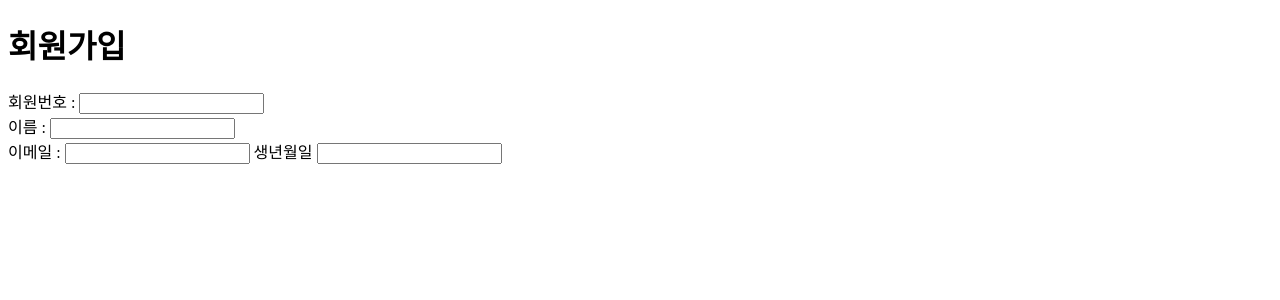
Repository: whdghks9241/Servlet-JSP-Workspace
Page: http://localhost/join/register.jsp
The author's editor kept a copy of each file at every save. The page is drawn from the files as they stood at one save, then again after the next save.
The browser window is 1280 px wide. The pictures show the whole page.
The page is served by Tomcat 9.

Above is the page before, as saved 2023-11-07 01:41:34.

After the next save:
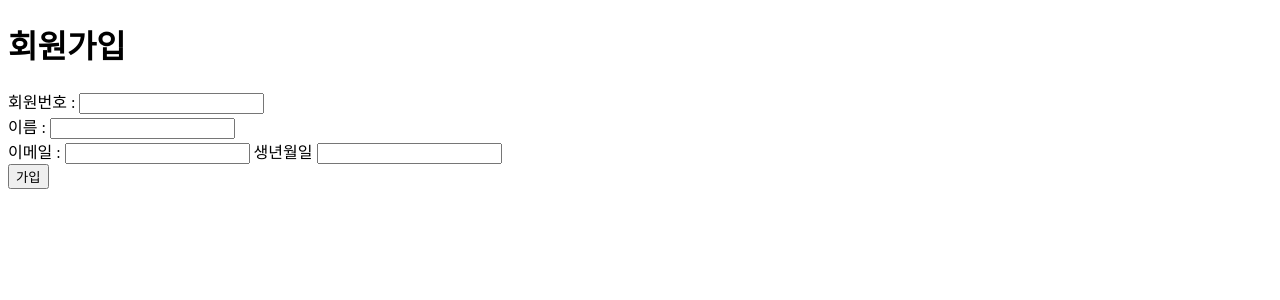
Saved 24 s later.
--- a/join/src/main/webapp/register.jsp
+++ b/join/src/main/webapp/register.jsp
@@ -22,5 +22,7 @@
 
 	<lable for="mbirth">생년월일</lable>
 	<input tpye = "date" id="mbirth" name="mbirth" required><br>
+
+	<input type="submit" value = "가입">
 </body>
 </html>
